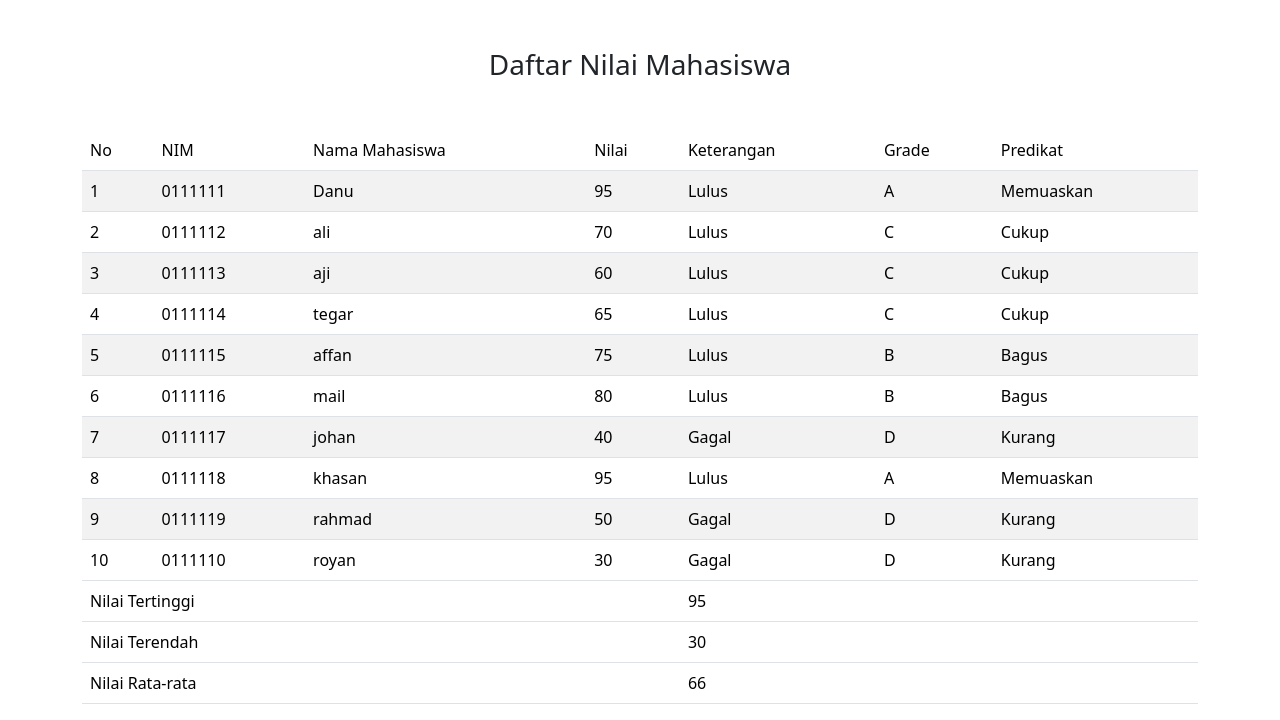
Repository: AHSANS354/Tugas-MSIB-5-GitHub
Page: http://localhost/latihan10.php
These files come from the project's save history. The page is drawn as it stood at one moment and after the next save; the edit follows.
The browser window is 1280 px wide. The pictures show the whole page.
The page is run by PHP 8.4 with error messages shown; the project is at /var/www/html/.

Above is the page before, as saved 2023-09-25 23:23:51.

After the next save:
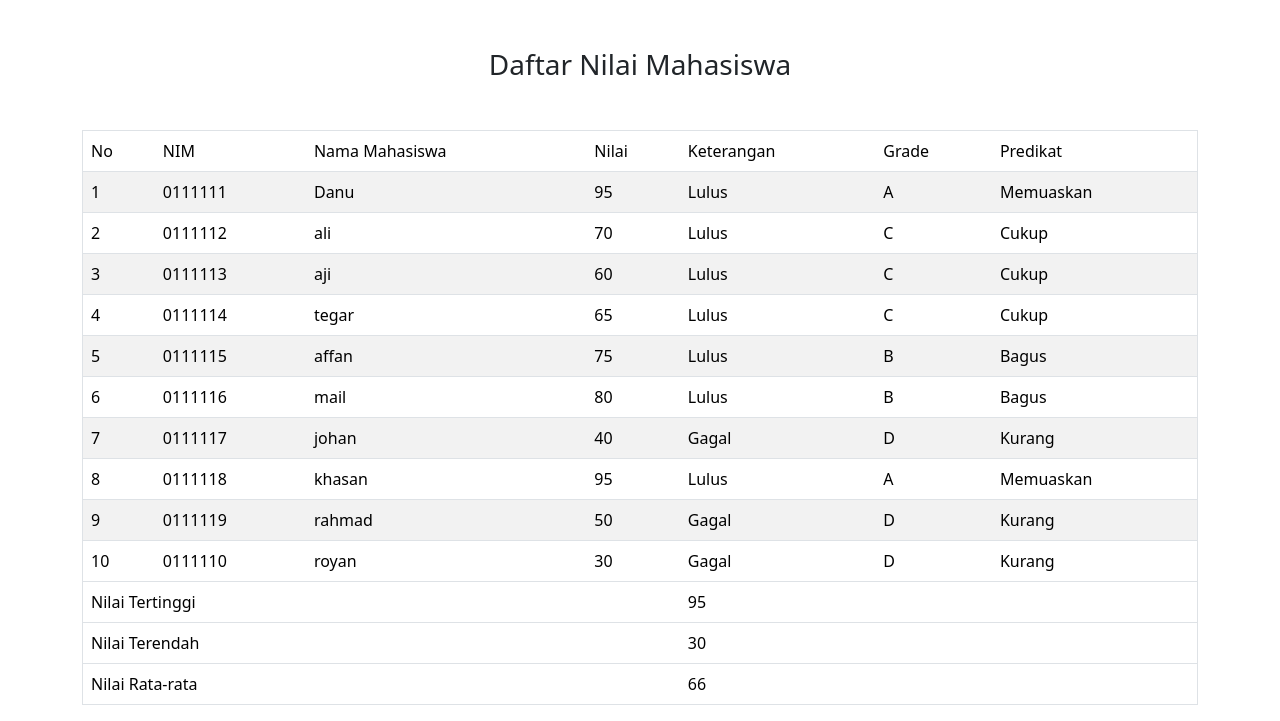
Saved 80 s later.
--- a/latihan10.php
+++ b/latihan10.php
@@ -36,7 +36,7 @@ $agregate = ['Nilai Tertinggi'=>$nilai_tertinggi, 'Nilai Terendah'=>$nilai_teren
 <div class="container pt-5">
 
     <h3 align='center'>Daftar Nilai Mahasiswa</h3>
-    <table class="table table-striped table-hover mt-5">
+    <table class="table table-striped table-hover mt-5 border">
     <thead>
         <tr>
             <?php foreach($ar_judul as $judul){
